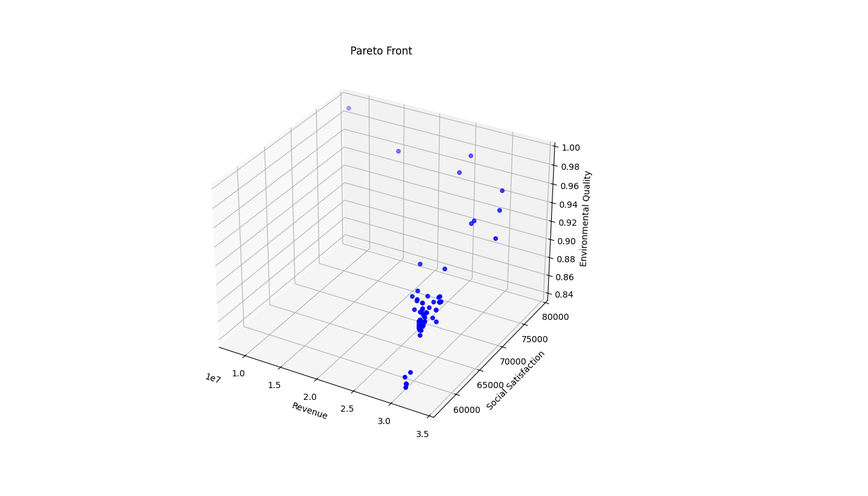
Repository: Kevinye0116/MCM
Script's output: python Coding/trial3.py
These files come from the project's save history. The script's output is drawn as it stood at one moment and after the next save; the edit follows.
The pictures are shown at 62% of full size.
Each picture stacks the figures in order, with grey between them; figures that are only written to a file come last. Figures wider than 1,400 px are first shrunk to that width. Random numbers start from a fixed seed.

Above is the script's output before, as saved 2025-01-25 21:51:58.
Error: NameError: name 'Cinfra' is not defined

After the next save:
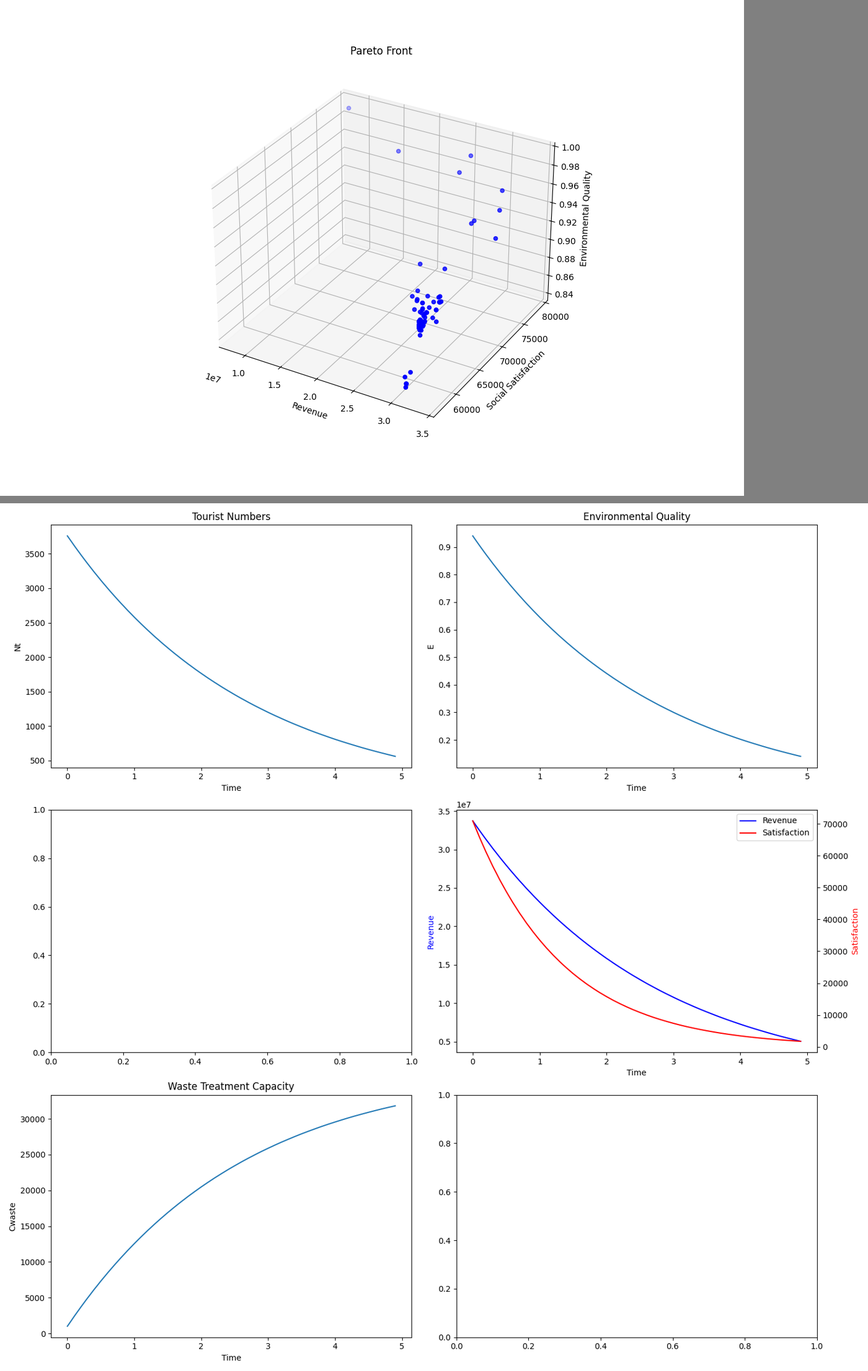
The error is gone.
Saved 50 s later.
--- a/Coding/trial3.py
+++ b/Coding/trial3.py
@@ -291,12 +291,6 @@ class TourismOptimization:
         axes[0, 1].set_xlabel("Time")
         axes[0, 1].set_ylabel("E")
 
-        # 基础设施容量变化
-        axes[1, 0].plot(t, Cinfra)
-        axes[1, 0].set_title("Infrastructure Capacity")
-        axes[1, 0].set_xlabel("Time")
-        axes[1, 0].set_ylabel("Cinfra")
-
         # 废物处理容量变化
         axes[2, 0].plot(t, Cwaste)
         axes[2, 0].set_title("Waste Treatment Capacity")
